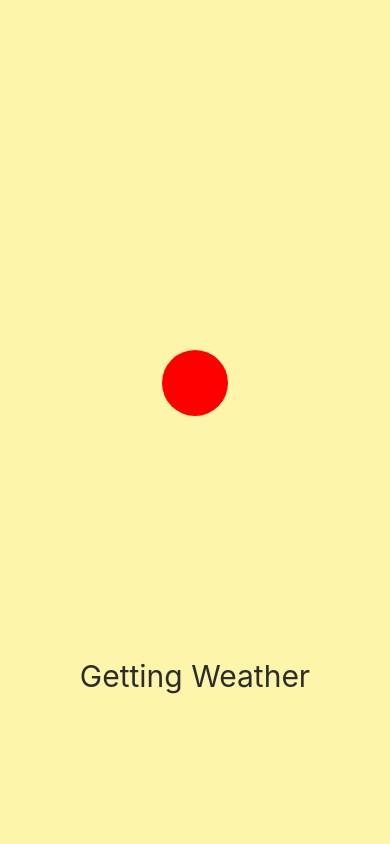
Repository: Exchallenger/Weather-app
Screen: /
The author's editor kept a copy of each file at every save. The screen is drawn from the files as they stood at one save, then again after the next save.
The app was drawn by React Native's web renderer in a window 390 px wide. The project was rebuilt for these pictures with package versions that can differ from the ones it lists, and the page was loaded fresh each time. Also part of the build but not shown: weather.js.

Above is the screen before, as saved 2021-01-15 15:22:24.

After the next save:
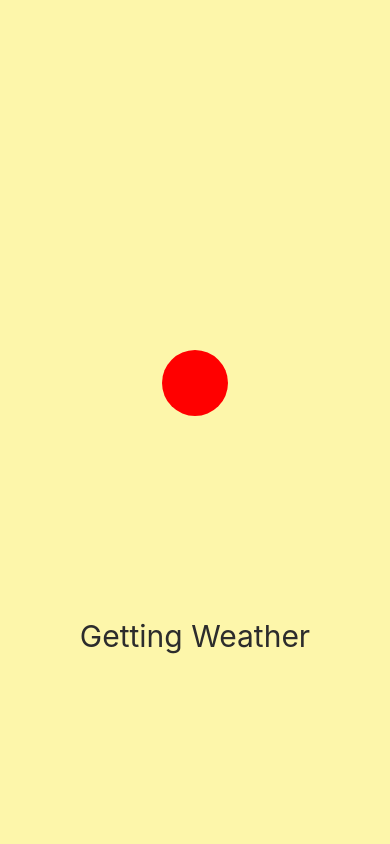
Saved 4 s later.
--- a/loading.js
+++ b/loading.js
@@ -22,7 +22,7 @@ const styles = StyleSheet.create({
         flex:1,
         justifyContent:"flex-end",
         alignItems:"flex-end",
-        marginBottom:50
+        marginBottom:90
     },
     text:{
         color:"#2c2c2c",
